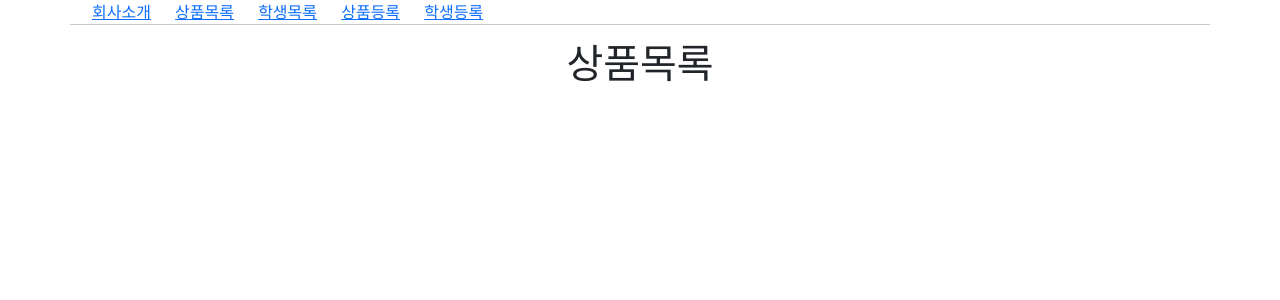
Repository: gwangso/web
Page: http://localhost/ex01/pro/list
An editor plug-in stored every save of this project. The page is shown before and after the next save, followed by the edit.
The browser window is 1280 px wide. The pictures show the whole page.
Some web fonts or font styles are not loaded; a fallback is used. The page is served by Tomcat 9. Queries for data that is not in the repository find no rows.

Above is the page before, as saved 2023-07-24 07:36:38.

After the next save:
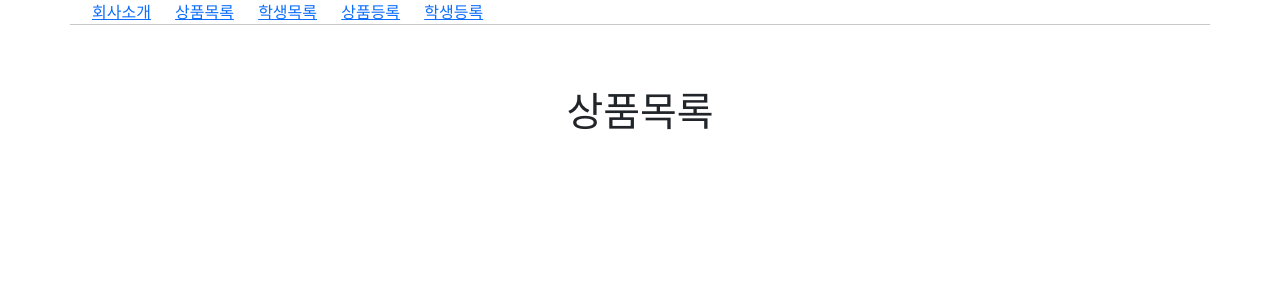
Saved 14 s later.
--- a/ex01/src/main/webapp/pro/list.jsp
+++ b/ex01/src/main/webapp/pro/list.jsp
@@ -3,7 +3,7 @@
 <%@taglib prefix="c" uri="http://java.sun.com/jsp/jstl/core"%>
 <%@taglib prefix="fmt" uri="http://java.sun.com/jsp/jstl/fmt"%>
 
-<div class="row">
+<div class="row my-5">
 	<div class="col">
 		<h1 class="text-center mb-5">상품목록</h1>
 		<table class="table table-warning table-striped ">
